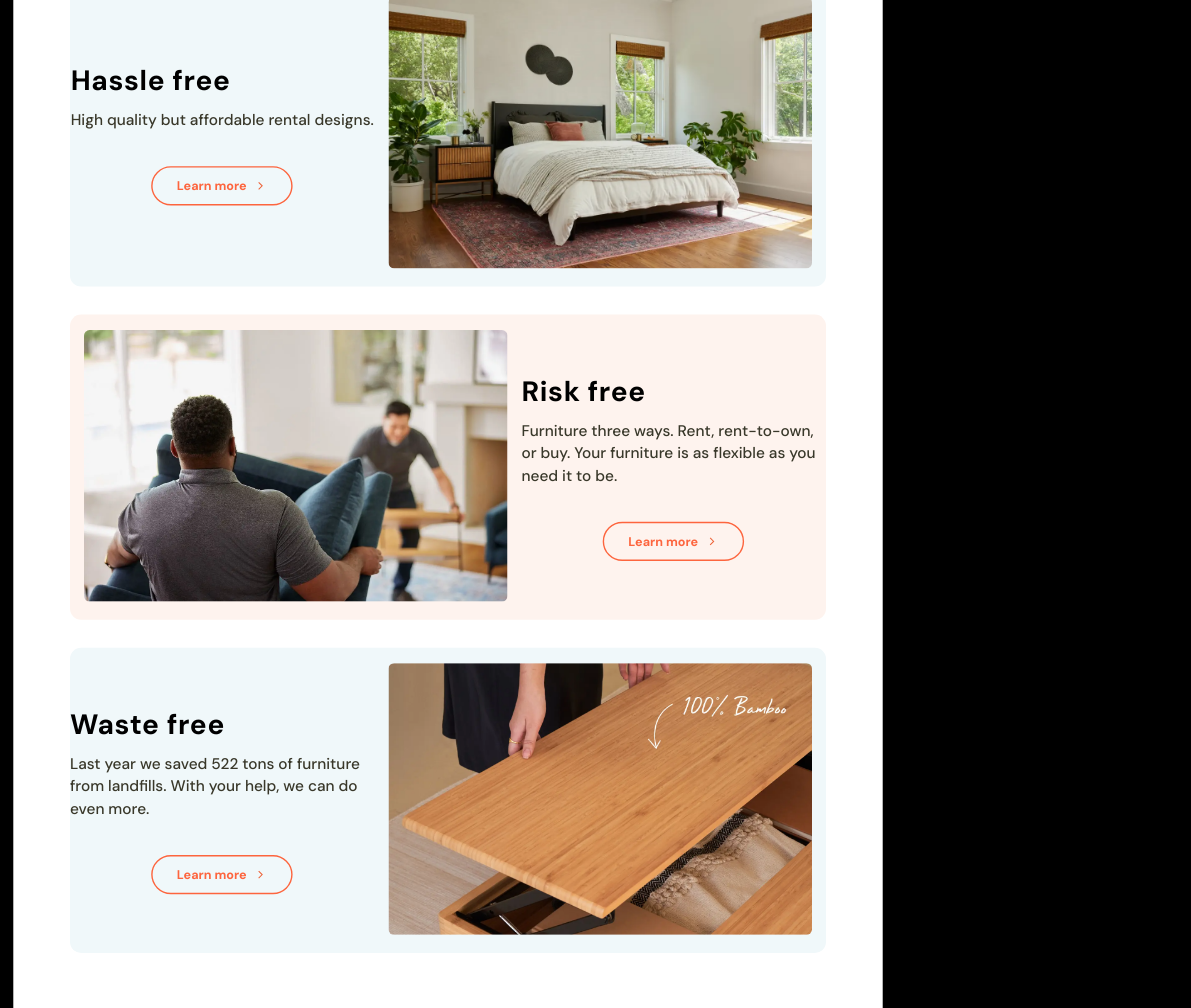
Repository: noman-source/Furniture-website
Page: index.html
The author's editor kept a copy of each file at every save. The page is drawn from the files as they stood at one save, then again after the next save.
The browser window is 1280 px wide. The page is 1702 px wide, so the pictures cover 1702 px, including what lies to the right of the window. The pictures show the part of the page from y = 1909 to 3349 px (the page is 4311 px tall), at 70% of full size.

Above is the page before, as saved 2025-07-04 13:11:52.

### index.html
<!DOCTYPE html>
<html lang="en">

<head>
    <meta charset="UTF-8">
    <meta name="viewport" content="width=device-width, initial-scale=1.0">
    <title>Document</title>
    <link rel="stylesheet" href="style.css">
</head>

<body>
    <header>
        <div class="navbar">
            <div class="nav-left">
                <ul>
                    <li>Cards</li>
                    <li>About</li>
                    <li>App</li>
                </ul>
            </div>
            <div class="nav-center">
                <ul>
                    <li><img src="asserts/svg/navbar-logo.svg" alt=""></li>
                    <li>Halal_Lab</li>
                </ul>
            </div>
            <div class="nav-right"><button><img src="asserts/svg/search.svg" alt="">Check delivery area</button></div>
        </div>
    </header>
    <main>
        <div class="section1">
            <div class="section1-left">
                <div class="section1-text">
                    <h2>An innovative way to make furniture lighter</h2>
                    <h4>Discover hassle-free delivery, free assembly and the flexibility to rent, rent-to-own or buy.
                    </h4>
                    <div class="section1-butt"><button>
                            <p>Start shopping</p><img src="asserts/svg/arrow.svg" alt="">
                        </button></div>
                </div>
            </div>
            <div class="section1-right">
                <img src="asserts/image/img 1.jpg" alt="">
            </div>
        </div>
        <div class="section2">
            <ul>
                <li><img src="asserts/svg/checkmark-circle-01.svg" alt="">Fast, free delivery & assembly</li>
                <li><img src="asserts/svg/checkmark-circle-01.svg" alt="">Convenient rent or buy options</li>
                <li><img src="asserts/svg/checkmark-circle-01.svg" alt="">Low upfront costs for all rentals</li>
                <li><img src="asserts/svg/checkmark-circle-01.svg" alt="">Flexibility to buy out rental items later</li>
            </ul>
        </div>
        <div class="section3">
            <p>About our product</p>
            <div class="section3-content">
                <div class="box box1">
                    <div class="circle"><img src="asserts/svg/upload-03.svg" alt=""></div>
                    <p>We provide a high quality rental at an affordable price</p>
                </div>
                <div class="box box2">
                    <div class="circle"><img src="asserts/svg/drawing-mode.svg" alt=""></div>
                    <p>Feather has made furniture rentals
                        cool again.</p>
                </div>
                <div class="box box3">
                    <div class="circle"><img src="asserts/svg/cabinet-01.svg" alt=""></div>
                    <p>Ease the pain of moving from
                        apartment to apartment.</p>
                </div>

            </div>
        </div>
        <div class="section4">
            <p>Browse by room</p>
            <div class="section4-content">
                <div class="box box1"><img src="asserts/image/img 2.png" alt="">
                    <p>Office <img src="asserts/svg/Vector.svg" alt=""></p>
                </div>
                <div class="box box2"><img src="asserts/image/img 3.png" alt="">
                    <p>Bedroom <img src="asserts/svg/Vector.svg" alt=""></p>
                </div>
                <div class="box box3"><img src="asserts/image/img 4.png" alt="">
                    <p>Living room <img src="asserts/svg/Vector.svg" alt=""></p>
                </div>
                <div class="box box4"><img src="asserts/image/img 5.png" alt="">
                    <p>Dining room <img src="asserts/svg/Vector.svg" alt=""></p>
                </div>
            </div>
        </div>
        <div class="section5">
            <div class="section5-top">
                <div class="left">
                    <div class="text">
                        <h3>Hassle free</h3>
                        <p>High quality but affordable rental designs.</p>
                    </div>
                    <div class="button"><button>Learn more <img src="asserts/svg/arrow-down-01.svg" alt=""></button>
                    </div>
                </div>
                <div class="right"><img src="asserts/image/img 6.png" alt=""></div>
            </div>
            <div class="section5-middle">
                <div class="right"><img src="asserts/image/img 7.png" alt=""></div>
                <div class="left">
                    <div class="text">
                        <h3>Risk free</h3>
                        <p>Furniture three ways. Rent, rent-to-own, or buy. Your furniture is as flexible as you need it
                            to be.</p>
                    </div>
                    <div class="button"><button>Learn more <img src="asserts/svg/arrow-down-01.svg" alt=""></button>
                    </div>
                </div>
            </div>
            <div class="section5-end">
                <div class="left">
                    <div class="text">
                        <h3>Waste free</h3>
                        <p>Last year we saved 522 tons of furniture from landfills. With your help, we can do even more.
                        </p>
                    </div>
                    <div class="button"><button>Learn more <img src="asserts/svg/arrow-down-01.svg" alt=""></button>
                    </div>
                </div>
                <div class="right"><img src="asserts/image/img 8.png" alt=""></div>
            </div>
        </div>
        <div class="section6">
            <div class="section6-content">
                <h3>Shop what’s new</h3>
                <div class="boxes">
                    <div class="box">
                        <div class="box-top"><img src="asserts/image/img 9.png" alt=""></div>
                        <div class="box-bottom">
                            <h4>Valencia Modular </h4>
                            <p>$2,999</p>
                        </div>
                    </div>
                    <div class="box">
                        <div class="box-top"><img src="asserts/image/img 10.png" alt=""></div>
                        <div class="box-bottom">
                            <h4>The Floyd sofa</h4>
                            <p>$1200</p>
                        </div>
                    </div>
                    <div class="box">
                        <div class="box-top"><img src="asserts/image/img 11.png" alt=""></div>
                        <div class="box-bottom">
                            <h4>Playa Outdoor</h4>
                            <p>$1999</p>
                        </div>
                    </div>
                    <div class="box">
                        <div class="box-top"><img src="asserts/image/img 12.png" alt=""></div>
                        <div class="box-bottom">
                            <h4>Remi standing</h4>
                            <p>$2,999</p>
                        </div>
                    </div>
                </div>
            </div>
        </div>
    </main>

    <footer>
        <div class="boxes">
            <div class="box box1">
                <div class="box1-top">
                    <p>Be in the know<br>
                        Get the latest products, promotions, and design tips in your inbox. Sign up and get 25% off your
                        first month.</p>
                </div>
                <div class="box1-bottom"><input type="email"placeholder="Email"><button>Submit</button></div>
            </div>
            <div class="box box2"><ul>
                <li>Shop</li>
                <li>The Goods</li>
                <li>Feather for Business</li>
                <li>Get design help</li>
            </ul></div>
            <div class="box box3"><ul>
                <li>Help</li>
                <li>hello@livefeather.com</li>
                <li>FAQs</li>
            </ul></div>
            <div class="box box4"><ul>
                <li>Follow us</li>
                <li><img src="asserts/svg/Instagram.svg" alt=""><img src="asserts/svg/Twitter.svg" alt=""><img src="asserts/svg/pinterest.svg" alt=""><img src="asserts/svg/Facebook.svg" alt=""><img src="asserts/svg/linkdin.svg" alt=""></li>
            </ul></div>
        </div>
    </footer>

</body>

</html>

### style.css
@import url('https://fonts.googleapis.com/css2?family=DM+Sans:ital,opsz,wght@0,9..40,100..1000;1,9..40,100..1000&display=swap');
@import url('https://fonts.googleapis.com/css2?family=DM+Sans:ital,opsz,wght@0,9..40,100..1000;1,9..40,100..1000&display=swap');
@import url('https://fonts.googleapis.com/css2?family=DM+Sans:ital,opsz,wght@0,9..40,100..1000;1,9..40,100..1000&display=swap');

body {
    font-family: "DM Sans", sans-serif;
    background-color: black;
}

.website {
    background-color: white;
}

* {
    margin: 0;
    padding: 0;
}

header .navbar {
    width: 97%;
    margin: auto;
    height: 72px;
    display: flex;
    justify-content: space-around;
    align-items: center;
    background-color: rgb(246, 244, 244);
    gap: 13%;
    border-bottom: 1px solid #E4E4E4;
}

header .navbar .nav-left {
    font-size: 16px;
    font-weight: 500;
    line-height: 24px;
    letter-spacing: -1%;
}

header .navbar .nav-left ul {
    display: flex;
    justify-content: center;
    align-items: center;
    gap: 50px;
}

header .navbar .nav-left ul li {
    list-style-type: none;
}

header .navbar .nav-center ul {
    display: flex;
    justify-content: center;
    align-items: center;
    gap: 10px;
    font-family: "Ramabhadra", sans-serif;
}

header .navbar .nav-center ul li {
    list-style-type: none;
    font-size: 18px;
    font-weight: 400;
    display: flex;
    justify-content: center;
    align-items: center;
}

header .navbar .nav-right button {
    width: 130%;
    height: 40px;
    background-color: #FD653E;
    border-radius: 32px;
    border: none;
    transform: translateX(-50px);
    display: flex;
    justify-content: center;
    align-items: center;
    gap: 15px;
    font-size: 16px;
    font-weight: 700;
    color: white;
}

main .section1 {
    width: 97%;
    margin: auto;
    height: 588px;
    background-color: #FFF3EF;
    display: flex;
    justify-content: space-around;
    align-items: center;
}

main .section1 .section1-right {
    width: 50%;
    display: flex;
    justify-content: center;
    align-items: center;
}

main .section1 .section1-left {
    width: 50%;
}

main .section1 .section1-left .section1-text {
    width: 70%;
    margin: auto;
    height: 250px;
    display: flex;
    flex-direction: column;
    gap: 20px;
}

main .section1 .section1-left .section1-text h2 {
    font-size: 48px;
    font-weight: 700;
}

main .section1 .section1-left .section1-text p {
    font-size: 18px;
    font-weight: 400;
    color: #39382A;
}

main .section1 .section1-left .section1-text button {
    width: 235px;
    height: 56px;
    display: flex;
    justify-content: center;
    align-items: center;
    gap: 10px;
    border-radius: 32px;
    border: transparent;
    background-color: #ED653B;
}

main .section1 .section1-left .section1-text button p {
    color: white;
    font-size: 20px;
    font-weight: 700;
    font-family: "DM Sans", sans-serif;
}

main .section1 .section1-right img {
    width: 645px;
    border-radius: 12px;
}

.section2 {
    height: 74px;
    width: 97%;
    margin: auto;
    background-color: #ECF4E9;
}

.section2 ul {
    height: 74px;
    display: flex;
    justify-content: space-between;
    align-items: center;
}

.section2 ul li {
    font-family: "DM Sans", sans-serif;
    list-style-type: none;
    display: flex;
    justify-content: center;
    align-items: center;
    gap: 5px;
    font-size: 18px;
    font-weight: 400;
}

.section3 {
    width: 97%;
    margin: auto;
    height: 516px;
    background-color: white;
}

.section3>p {
    font-size: 40px;
    font-weight: 700;
    height: 170px;
    display: flex;
    color: #39302A;
    justify-content: center;
    align-items: center;
}

.section3-content {
    display: flex;
    justify-content: center;
    align-items: center;
    gap: 32px;
}

.section3-content .box {
    width: 392px;
    border-radius: 12px;
    height: 244px;
    display: flex;
    align-items: center;
    justify-content: center;
    flex-direction: column;
    gap: 50px;
    box-shadow: 12px 16px 50px 0px #9A9A9A1F;
}

.section3-content .box .circle {
    width: 50px;
    height: 50px;
    transform: translateY(30px);
    gap: 10px;
    border-radius: 99px;
    /* Corrected to 99px based on later image */
    padding: 16px;
    /* Corrected to 16px based on later image */
    background-color: #E3E3E373;
    /* Corrected to #E3E3E3 based on later image */
}

.section3-content .box p {
    width: 373px;
    margin: auto;
    display: flex;
    font-family: DM Sans;
    font-weight: 500;
    font-size: 22px;
    line-height: 32px;
    text-align: center;
    /* letter-spacing: 0%; */
    /* vertical-align: middle; */
}

.section4 {
    width: 97%;
    margin: auto;
    height: 551px;
    background-color: white;
}

.section4>p {
    font-weight: 700;
    font-size: 40px;
    line-height: 56px;
    letter-spacing: -0.96px;
    padding-top: 50px;
    padding-left: 100px;
    /* Added based on later image */
}

.section4 .section4-content {
    height: 287px;
    display: flex;
    justify-content: flex-start;
    padding-left: 100px;
    padding-top: 50px;
    gap: 32px;
}

.section4 .section4-content .box {
    height: 287px;
    display: flex;
    flex-direction: column;
    gap: 20px;
}

.section4 .section4-content .box img {
    height: 239px;
    width: 285px;
    border-radius: 12px;
}

.section4 .section4-content .box p {
    font-family: DM Sans;
    font-weight: 500;
    font-size: 22px;
    line-height: 32px;
    display: flex;
    gap: 16px;
    /* Corrected to 16px based on later image */
    justify-content: flex-start;
    align-items: center;
    /* Added based on later image */
    color: #39382A;
    /* Added based on later image */
}

.section5 {
    height: 1548px;
    background-color: white;
    width: 97%;
    margin: auto;
    display: flex;
    justify-content: center;
    align-items: center;
    flex-direction: column;
    gap: 40px;
}

.section5>.section5-top,
.section5-middle,
.section5-end {
    height: 436px;
    width: 87%;
    border-radius: 16px;
    /* border: 2px solid #E4E4E4; */
    /* margin: auto; */
}

.section5 .section5-top {
    background-color: #F0F8Fa;
    display: flex;
    justify-content: space-around;
    align-items: center;
}

.section5 .section5-middle {
    background-color: #FEF3EE;
    display: flex;
    justify-content: space-around;
    align-items: center;
}

.section5 .section5-end {
    background-color: #F0F8FA;
    display: flex;
    justify-content: space-around;
    align-items: center;
}

.section5 .right img {
    width: 605px;
    height: 388px;
    border-radius: 8px;
}

.section5 .left {
    width: 50%;
    display: flex;
    flex-direction: column;
    justify-content: center;
    align-items: center;
    gap: 50px;
}

.section5 .left .text {
    display: flex;
    flex-direction: column;
    gap: 16px;
}

.section5 .left .button {
    display: flex;
    justify-content: flex-start;
}

.section5 .left .text button {
    width: 400px;
}

.section5 .right {
    padding: 20px;
}

.section5 h3 {
    font-weight: 700;
    font-size: 40px;
    line-height: 50px;
    letter-spacing: 0.96px;
}

.section5 p {
    font-family: DM Sans;
    font-weight: 500;
    font-size: 22px;
    line-height: 32px;
    letter-spacing: 0%;
    /* Added based on later image */
    vertical-align: middle;
    /* Added based on later image */
    color: #39382A;
    /* Added based on later image */
}

.section5 .left button {
    width: 202px;
    height: 56px;
    gap: 10px;
    border-width: 1px;
    padding-top: 16px;
    padding-right: 32px;
    padding-bottom: 16px;
    padding-left: 32px;
    border-radius: 32px;
    background-color: transparent;
    border: 2px solid #FD653E;
    color: #FD653E;
    display: flex;
    justify-content: center;
    align-items: center;
    font-family: DM Sans;
    font-weight: 700;
    font-size: 18px;
}

.section6 {
    background-color: white;
    height: 730px;
    width: 97%;
    margin: auto;
}

.section6 img {
    width: 286px;
    height: 203px;
    border-radius: 12px;
}

.section6 .section6-content {
    height: 548px;
    background-color: #FFFCF8;
    width: 90.7%;
    margin: auto;
    padding-left: 180px;
    padding-top: 80px;
    display: flex;
    flex-direction: column;
    gap: 20px;
}

.section6-content .boxes {
    display: flex;
    gap: 32px;
}

.section6-content .boxes .box {
    display: flex;
    flex-direction: column;
    gap: 19px;
}

.section6 h2 {
    font-family: Circular Std;
    font-weight: 700;
}

.section6 h3 {
    /* font-family: Circular Std; */
    font-weight: 700;
    font-size: 40px;
    line-height: 50px;
    letter-spacing: 0px;
    vertical-align: middle;
    color: #39382A;
}

.section6-content .box-bottom {
    display: flex;
    flex-direction: column;
    gap: 4px;
}

.section6-content .box-bottom h4 {
    font-family: DM Sans;
    font-weight: 500;
    font-size: 18px;
    line-height: 26px;
    letter-spacing: 0%;
    vertical-align: middle;
    color: #39382A;
}

.section6-content .box-bottom p {
    font-family: DM Sans;
    font-weight: 500;
    font-size: 10px;
    line-height: 14px;
    letter-spacing: 0%;
    vertical-align: middle;
    color: #ED653B;
}

footer {
    border-top: 1px solid #DC0805;
    width: 97%;
    background-color: white;
    height: 230px;
    margin: auto;
    display: flex;
    justify-content: center;
    align-items: center;
    /* transform: translateY(130px); */
}

footer .boxes {
    display: grid;
    grid-template-columns: 403px 180px 180px 170px;
    width: 85%;
    margin: auto;
    /* background-color: #39382A; */
    height: 144px;
    justify-content: space-between;
}

footer .boxes .box1 {
    display: flex;
    flex-direction: column;
    gap: 20px;
}

footer .boxes .box1-top {
    font-family: DM Sans;
    font-weight: 700;
    font-size: 34px;
}

footer .boxes .box1 .box1-top {
    font-weight: 400;
    font-size: 14.13px;
    line-height: 24px;
    letter-spacing: 0%;
    vertical-align: middle;
}

footer .boxes .box1 .box1-bottom {
    display: flex;
    gap: 16px;
    justify-content: center;
    align-items: center;
}

footer .boxes .box1 .box1-bottom input {
    width: 245px;
    height: 48px;
    border: 1px solid #EDEDED;
    border-radius: 32px;
    outline: none;
}

footer .boxes .box1 .box1-bottom input::placeholder {
    transform: translateX(20px);
    font-family: DM Sans;
    font-weight: 500;
    font-size: 16px;
    line-height: 24px;
    letter-spacing: 1%;
    vertical-align: middle;
    color: #BABABA;
}

footer .boxes .box1 .box1-bottom button {
    width: 140px;
    height: 48px;
    border-width: 1px;
    border-radius: 48px;
    border: 1px solid #ED653B;
    background-color: transparent;
    font-family: DM Sans;
    font-weight: 500;
    font-size: 16px;
    line-height: 24px;
    letter-spacing: 1%;
    vertical-align: middle;
    color: #ED653B;
}

footer .boxes ul li:first-child {
    font-weight: 500;
    font-size: 16px;
    letter-spacing: 0.16px;
    color: #2A2A2D;
}

footer .boxes ul {
    display: flex;
    flex-direction: column;
    gap: 16px;
}

footer .boxes ul li {
    list-style-type: none;
    font-family: DM Sans;
    font-weight: 400;
    /* Added based on latest image */
    font-size: 16px;
    /* Added based on latest image */
    color: #39382A;
    /* Added based on latest image */
}

footer .boxes .box4 li:last-of-type {
    display: flex;
    justify-content: space-between;
    align-items: center;
}

After the next save:
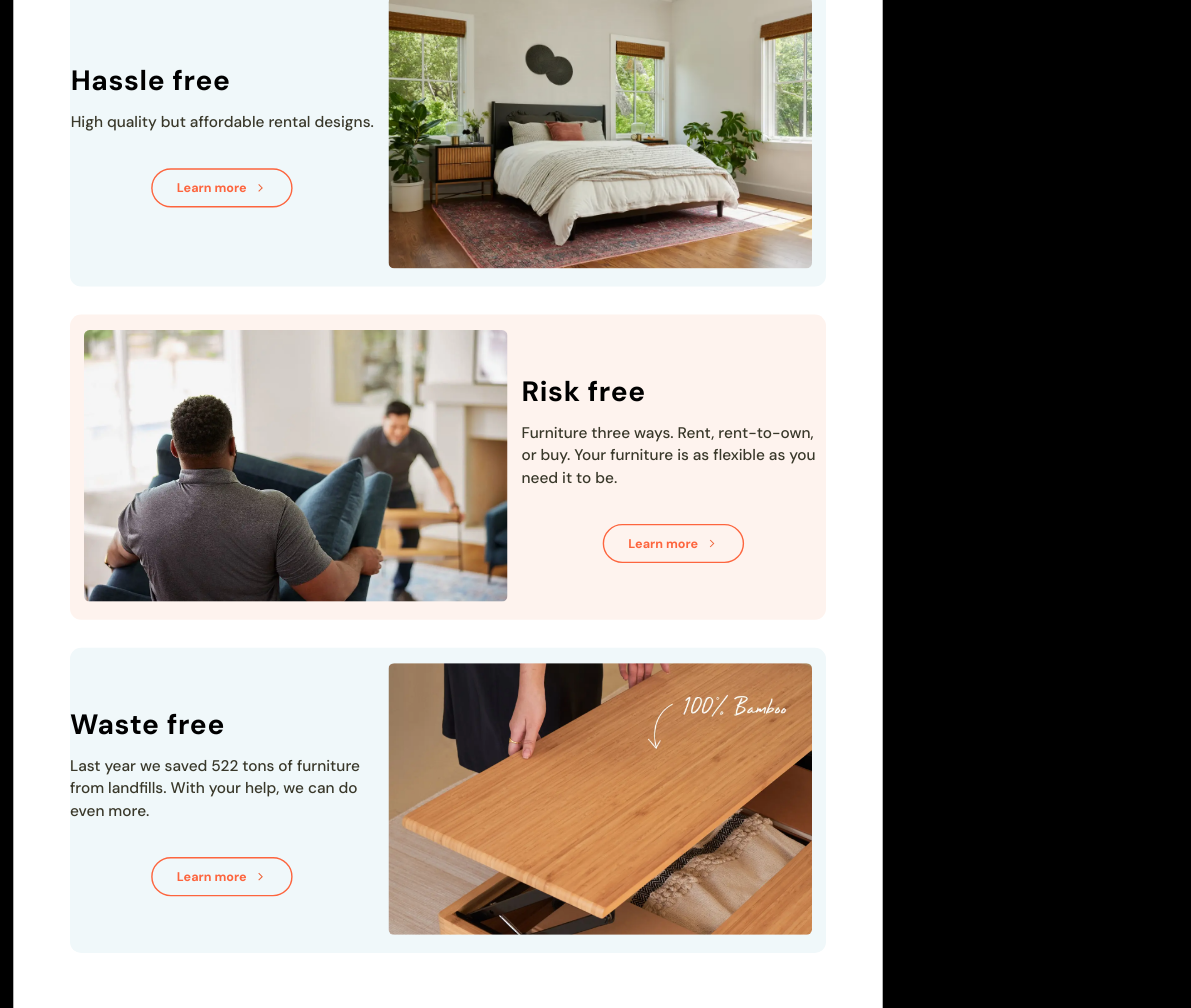
Saved 29 s later.
--- a/style.css
+++ b/style.css
@@ -365,7 +365,7 @@
 .section5 h3 {
     font-weight: 700;
     font-size: 40px;
-    line-height: 50px;
+    line-height: 56px;
     letter-spacing: 0.96px;
 }
 
